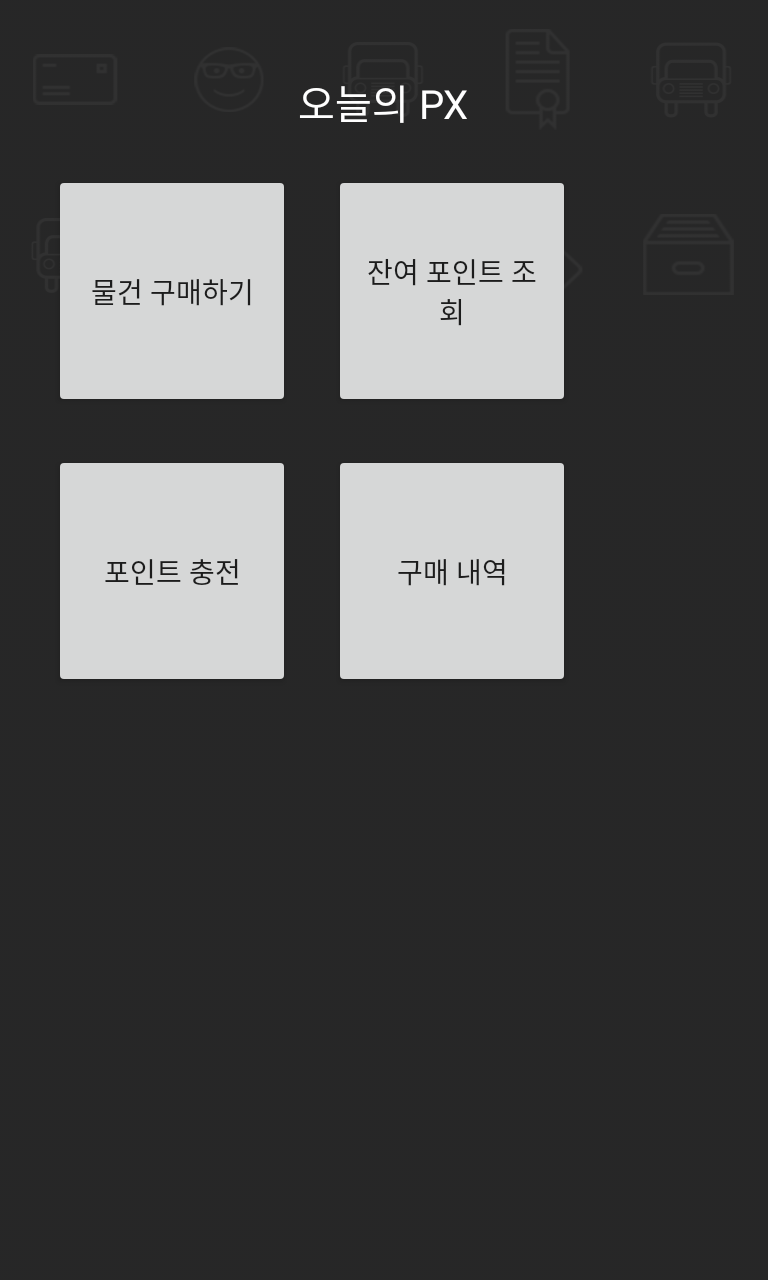
Repository: Jeonilju/rap
Layout: Demo/PxForRAP/res/layout/activity_main.xml
The author's editor kept a copy of each file at every save. The layout is drawn from the files as they stood at one save, then again after the next save.
It is drawn on a 768 x 1280 px phone screen (xhdpi) without system bars, with theme AppTheme; the app's code is not run.

Above is the layout before, as saved 2015-07-22 21:23:57.

### Demo/PxForRAP/res/layout/activity_main.xml
<RelativeLayout xmlns:android="http://schemas.android.com/apk/res/android"
    xmlns:tools="http://schemas.android.com/tools"
    android:layout_width="match_parent"
    android:layout_height="match_parent"
    android:paddingBottom="@dimen/activity_vertical_margin"
    android:paddingLeft="@dimen/activity_horizontal_margin"
    android:paddingRight="@dimen/activity_horizontal_margin"
    android:paddingTop="@dimen/activity_vertical_margin"
    tools:context="com.example.dangzicforrap.MainActivity"
    android:background="@drawable/main_background" >

    <TextView
        android:id="@+id/main_title"
        android:layout_width="wrap_content"
        android:layout_height="wrap_content"
        android:text="오늘의 PX"
        android:textSize="20sp"
        android:textColor="#ffffff"
        android:layout_centerHorizontal="true"
        android:layout_marginTop="20dp"
        android:layout_marginBottom="10dp"/>

    <Button
        android:id="@+id/main_btn_buy"
        android:layout_width="120dp"
        android:layout_height="120dp"
        android:layout_margin="10dp"
        android:layout_below="@id/main_title"
        android:text="물건 구매하기"/>

    <Button
        android:id="@+id/main_btn_point"
        android:layout_width="120dp"
        android:layout_height="120dp"
        android:layout_margin="10dp"
        android:layout_below="@id/main_title"
        android:layout_toRightOf="@id/main_btn_buy"
        android:text="잔여 포인트 조회"/>

    <Button
        android:id="@+id/main_btn_charge"
        android:layout_width="120dp"
        android:layout_height="120dp"
        android:layout_margin="10dp"
        android:layout_below="@id/main_btn_buy"
        android:text="포인트 충전"/>

    <Button
        android:id="@+id/main_btn_buylist"
        android:layout_width="120dp"
        android:layout_height="120dp"
        android:layout_margin="10dp"
        android:layout_below="@id/main_btn_buy"
        android:layout_toRightOf="@id/main_btn_charge"
        android:text="구매 내역"/>


</RelativeLayout>

Loaded but not shown: Demo/PxForRAP/res/values/styles.xml (common file); Demo/PxForRAP/res/values-v11/styles.xml (common file); Demo/PxForRAP/res/values-v14/styles.xml (common file); Demo/PxForRAP/res/values/dimens.xml (common file); Demo/PxForRAP/res/values-w820dp/dimens.xml (common file)

After the next save:
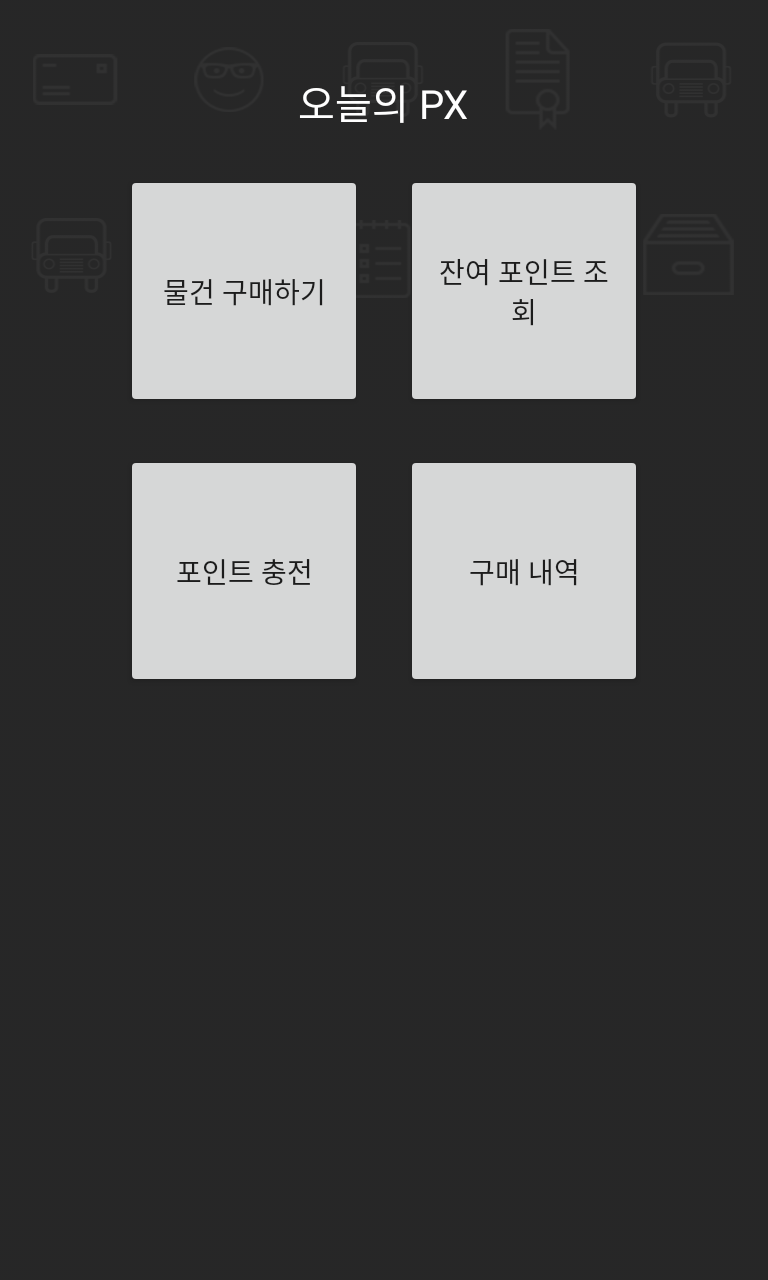
Saved 93 s later.
--- a/Demo/PxForRAP/res/layout/activity_main.xml
+++ b/Demo/PxForRAP/res/layout/activity_main.xml
@@ -20,39 +20,46 @@
         android:layout_marginTop="20dp"
         android:layout_marginBottom="10dp"/>
 
-    <Button
-        android:id="@+id/main_btn_buy"
-        android:layout_width="120dp"
-        android:layout_height="120dp"
-        android:layout_margin="10dp"
+    <RelativeLayout
+        android:layout_width="wrap_content"
+        android:layout_height="wrap_content"
         android:layout_below="@id/main_title"
-        android:text="물건 구매하기"/>
+        android:layout_centerHorizontal="true" >
 
-    <Button
-        android:id="@+id/main_btn_point"
-        android:layout_width="120dp"
-        android:layout_height="120dp"
-        android:layout_margin="10dp"
-        android:layout_below="@id/main_title"
-        android:layout_toRightOf="@id/main_btn_buy"
-        android:text="잔여 포인트 조회"/>
+        <Button
+            android:id="@+id/main_btn_buy"
+            android:layout_width="120dp"
+            android:layout_height="120dp"
+            android:layout_below="@id/main_title"
+            android:layout_margin="10dp"
+            android:text="물건 구매하기" />
 
-    <Button
-        android:id="@+id/main_btn_charge"
-        android:layout_width="120dp"
-        android:layout_height="120dp"
-        android:layout_margin="10dp"
-        android:layout_below="@id/main_btn_buy"
-        android:text="포인트 충전"/>
+        <Button
+            android:id="@+id/main_btn_point"
+            android:layout_width="120dp"
+            android:layout_height="120dp"
+            android:layout_below="@id/main_title"
+            android:layout_margin="10dp"
+            android:layout_toRightOf="@id/main_btn_buy"
+            android:text="잔여 포인트 조회" />
 
-    <Button
-        android:id="@+id/main_btn_buylist"
-        android:layout_width="120dp"
-        android:layout_height="120dp"
-        android:layout_margin="10dp"
-        android:layout_below="@id/main_btn_buy"
-        android:layout_toRightOf="@id/main_btn_charge"
-        android:text="구매 내역"/>
+        <Button
+            android:id="@+id/main_btn_charge"
+            android:layout_width="120dp"
+            android:layout_height="120dp"
+            android:layout_below="@id/main_btn_buy"
+            android:layout_margin="10dp"
+            android:text="포인트 충전" />
 
+        <Button
+            android:id="@+id/main_btn_buylist"
+            android:layout_width="120dp"
+            android:layout_height="120dp"
+            android:layout_below="@id/main_btn_buy"
+            android:layout_margin="10dp"
+            android:layout_toRightOf="@id/main_btn_charge"
+            android:text="구매 내역" />
+
+    </RelativeLayout>
 
 </RelativeLayout>
